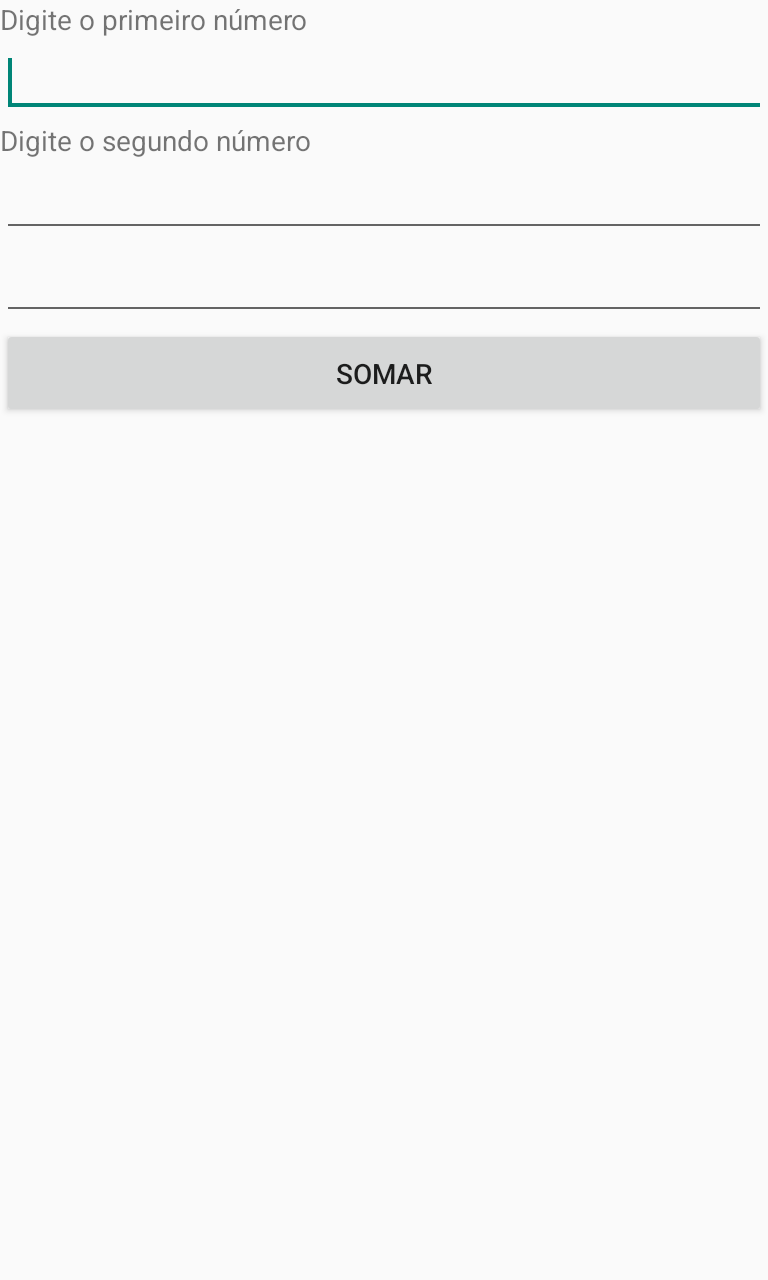
Repository: LucasSampaio/SysPizza-PSI
Layout: CodigoFonte/MOBILE/Calculadora_Neri/res/layout/activity_calculadora.xml
The author's editor kept a copy of each file at every save. The layout is drawn from the files as they stood at one save, then again after the next save.
It is drawn on a 768 x 1280 px phone screen (xhdpi) without system bars, with theme AppTheme; the app's code is not run.

Above is the layout before, as saved 2014-09-04 19:12:58.

After the next save:
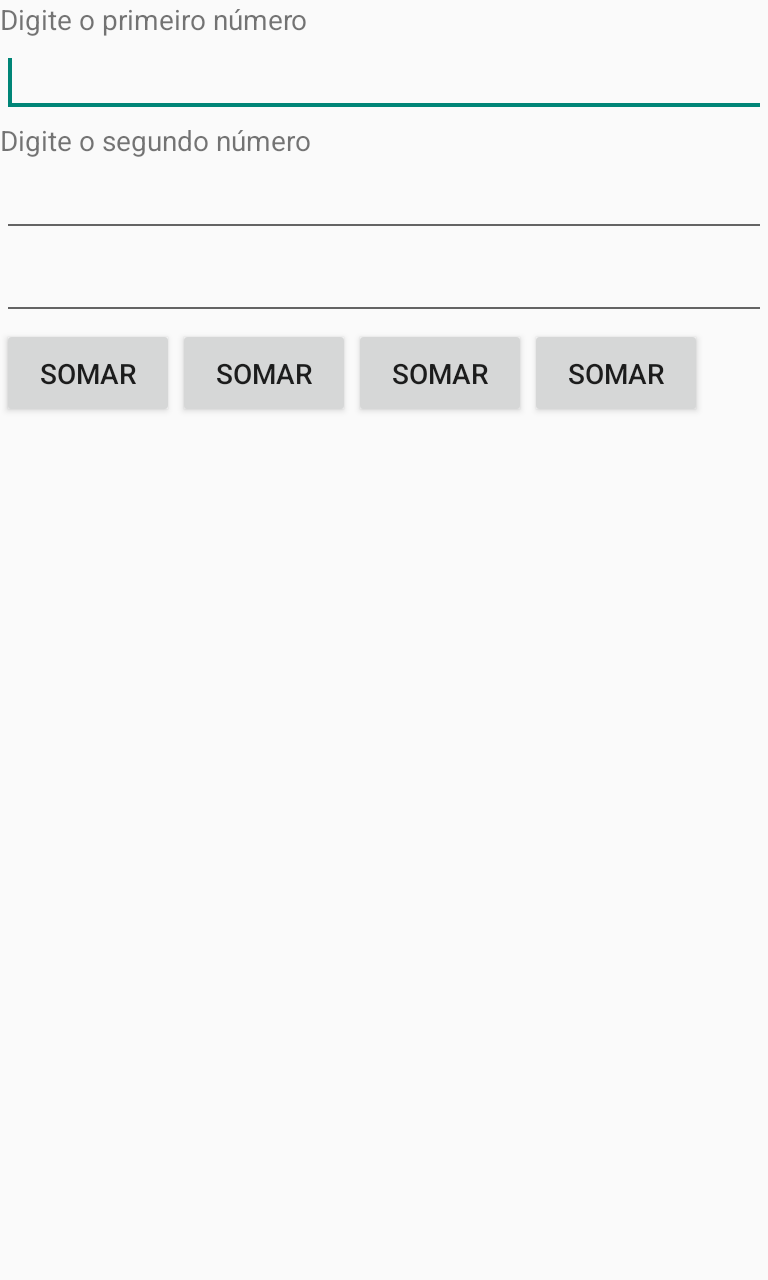
Saved 28 s later.
--- a/CodigoFonte/MOBILE/Calculadora_Neri/res/layout/activity_calculadora.xml
+++ b/CodigoFonte/MOBILE/Calculadora_Neri/res/layout/activity_calculadora.xml
@@ -42,22 +42,22 @@
 
 	    <Button
 	        android:id="@+id/btnSomar"
-	        android:layout_width="fill_parent"
+	        android:layout_width="wrap_content"
 	        android:layout_height="wrap_content"
 	        android:text="Somar" />
 	    <Button
 	        android:id="@+id/btnSubtrair"
-	        android:layout_width="fill_parent"
+	        android:layout_width="wrap_content"
 	        android:layout_height="wrap_content"
 	        android:text="Somar" />
 	    <Button
-	        android:id="@+id/btnSomar"
-	        android:layout_width="fill_parent"
+	        android:id="@+id/btnMultiplicar"
+	        android:layout_width="wrap_content"
 	        android:layout_height="wrap_content"
 	        android:text="Somar" />
 	    <Button
-	        android:id="@+id/btnSomar"
-	        android:layout_width="fill_parent"
+	        android:id="@+id/btnDividir"
+	        android:layout_width="wrap_content"
 	        android:layout_height="wrap_content"
 	        android:text="Somar" />
 
